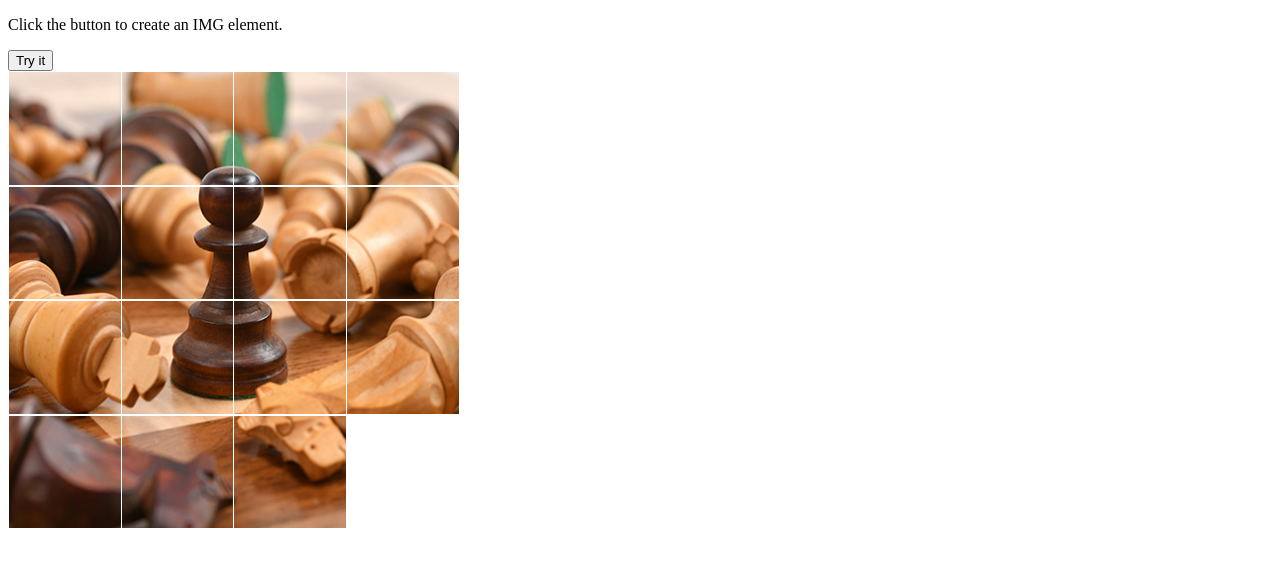
Repository: rashmikagamage/puzzle-vanila-js
Page: index.html
An editor plug-in stored every save of this project. The page is shown before and after the next save, followed by the edit.
The browser window is 1280 px wide. The pictures show the whole page.

Above is the page before, as saved 2020-08-06 10:04:03.

After the next save:
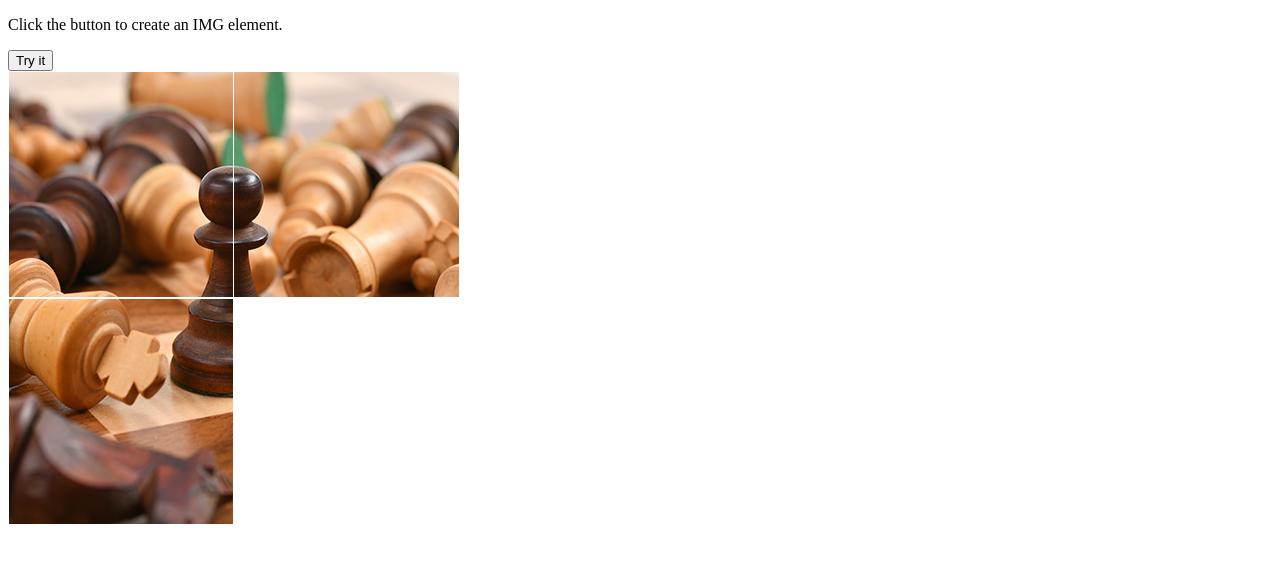
Saved 16 s later.
--- a/function.js
+++ b/function.js
@@ -160,4 +160,4 @@
         won();
     }
 }
-myFunction(4);
+myFunction(2);
